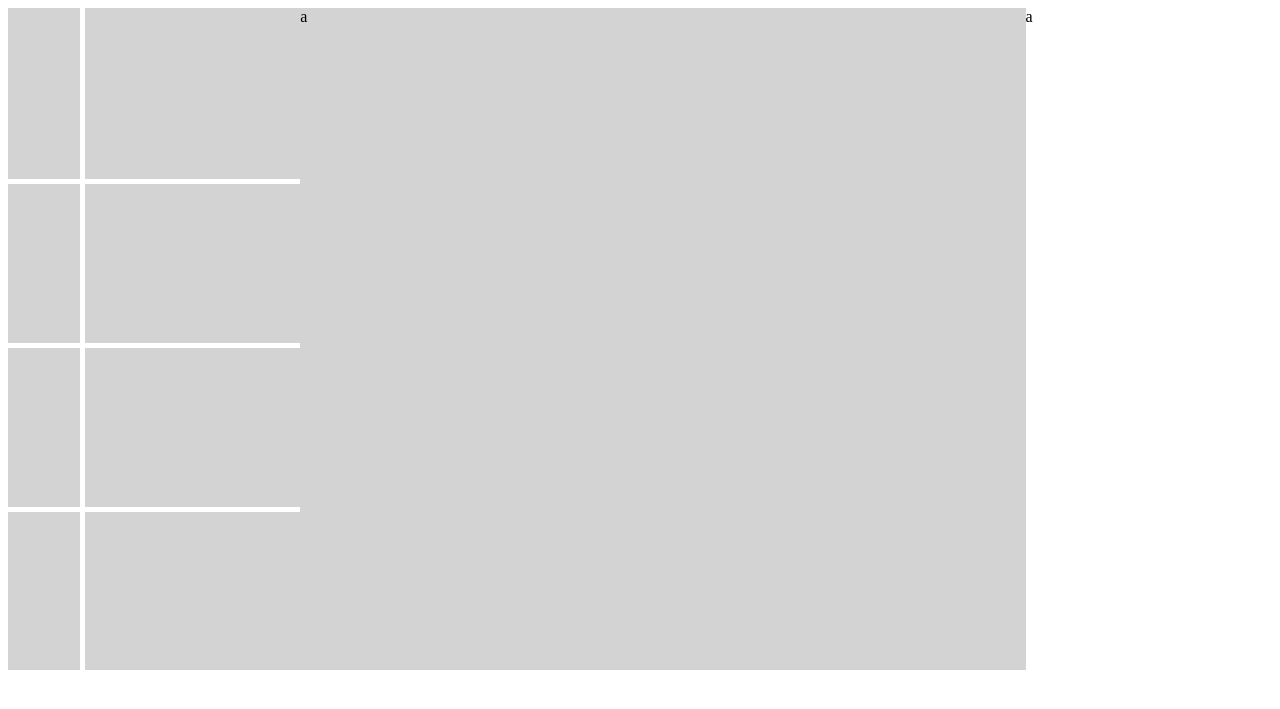
Repository: tr2cky/exercise2
Page: index.html
An editor plug-in stored every save of this project. The page is shown before and after the next save, followed by the edit.
The browser window is 1280 px wide. The pictures show the whole page.

Above is the page before, as saved 2022-10-01 11:33:09.

### index.html
<!DOCTYPE html>
<html lang="en">

<head>
    <meta charset="UTF-8">
    <meta http-equiv="X-UA-Compatible" content="IE=edge">
    <meta name="viewport" content="width=device-width, initial-scale=1.0">
    <link rel="stylesheet" href="style.css">
    <title>Document</title>
</head>

<body>
    <div class="container">
        <div class="side1">
        <div id="box1"></div>
        <div id="box2"></div>
        <div id="box3"></div>
        <div id="box4"></div>
        <div id="box5"></div>
        <div id="box6"></div>
        <div id="box7"></div>
        <div id="box8"></div>
        </div>
        <main>
            a
        </main>
        <div class="side2">
            a
        </div>
    </div>
</body>

</html>

### style.css
.container {
    display: flex;
    flex-direction: row;
    height: 92vh;
}
main {
    flex-grow: 3;
    background-color: lightgray;
}
.side1 {
    flex-grow: 1;
    display: grid;
    grid-template-columns: 1fr 3fr;
    gap: 5px;
}
.side2 {
    flex-grow: 1;
}
.side1 div {
    background-color: lightgray;
}
#box1 {
    border: 1px solid lightgray;
    padding: 5px;
}

After the next save:
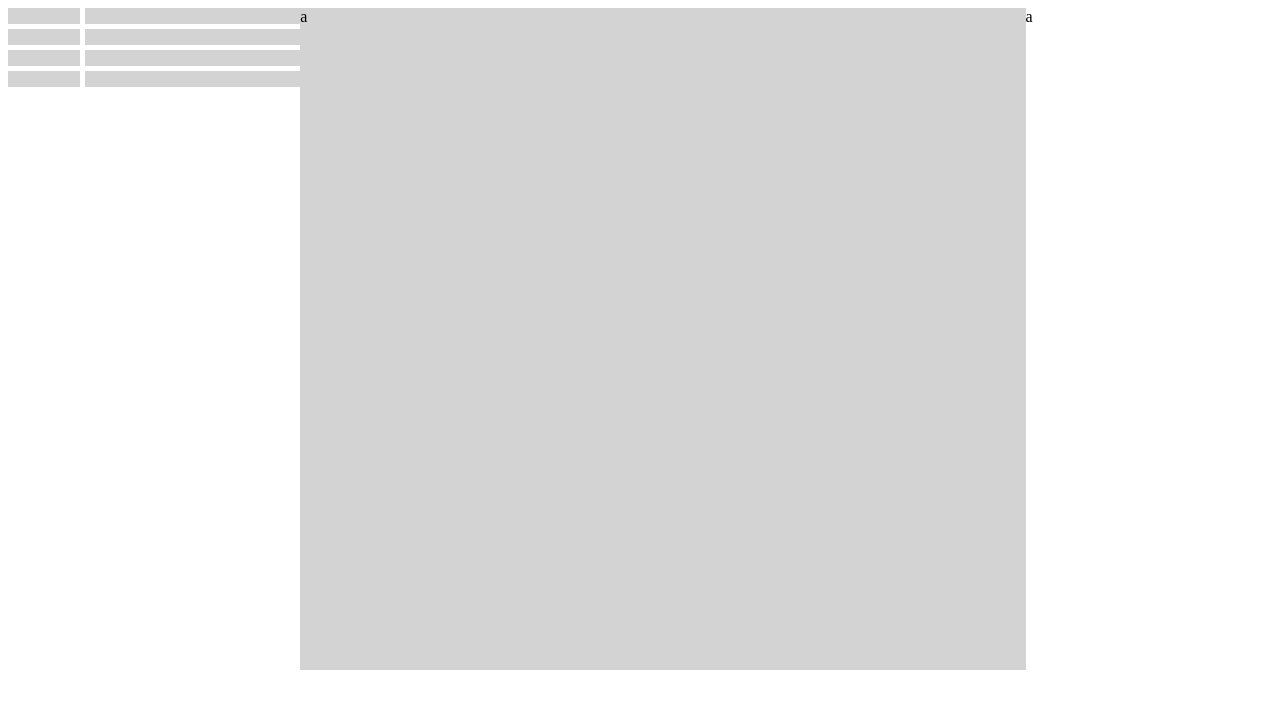
Saved 39 s later.
--- a/style.css
+++ b/style.css
@@ -11,6 +11,7 @@ main {
     flex-grow: 1;
     display: grid;
     grid-template-columns: 1fr 3fr;
+    grid-auto-rows: 1em;
     gap: 5px;
 }
 .side2 {
